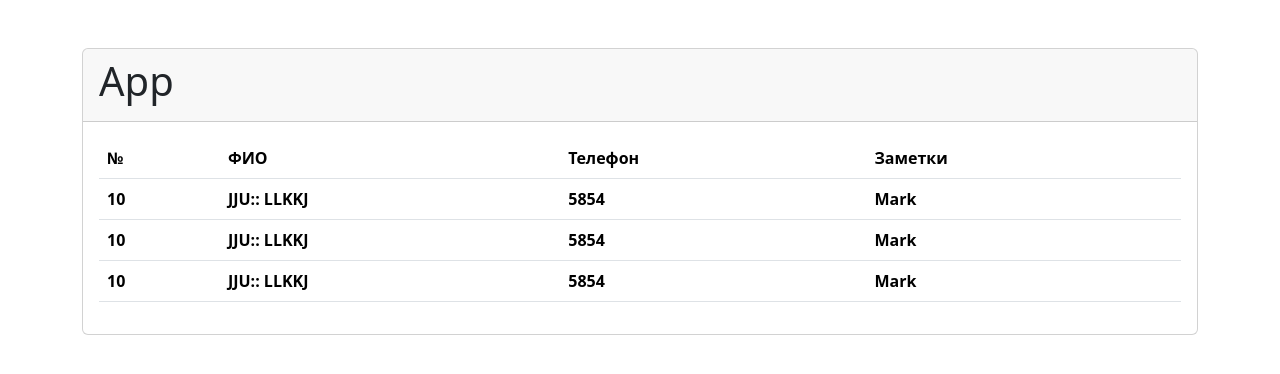
Repository: tatacheba/appstepikjavareact
Page: / (app in client/)
The author's editor kept a copy of each file at every save. The page is drawn from the files as they stood at one save, then again after the next save.
The browser window is 1280 px wide. The pictures show the whole page.
The project was rebuilt for these pictures with package versions that can differ from the ones it lists, and the page was loaded fresh each time. Also part of the build but not shown: client/src/App.css.

Above is the page before, as saved 2024-11-25 16:49:48.

After the next save:
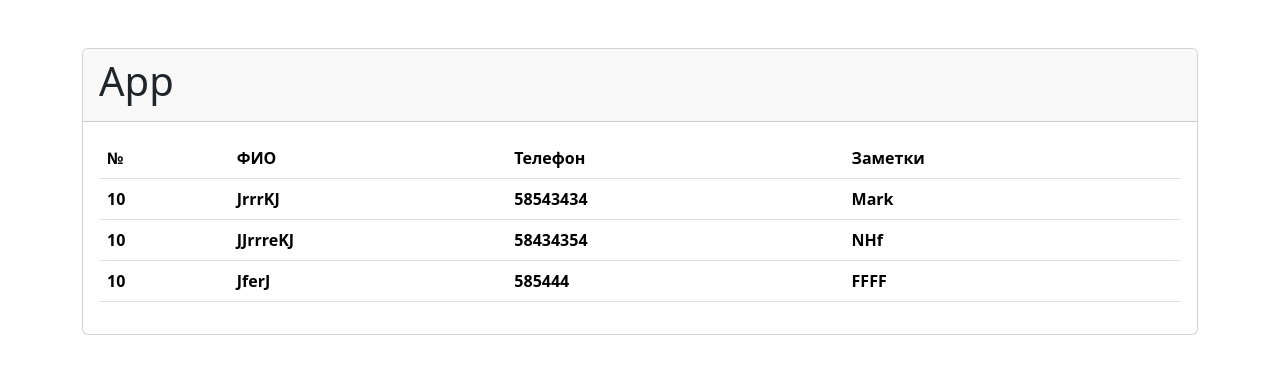
Saved 32 s later.
--- a/client/src/layouts/tableView/TablewView.js
+++ b/client/src/layouts/tableView/TablewView.js
@@ -15,21 +15,21 @@ const TablewView = () => {
             <tbody>
                 <TableRowItem
                     id={10}
-                    fullName={"JJU:: LLKKJ"}
-                    phone={5854}
+                    fullName={"JrrrKJ"}
+                    phone={58543434}
                     notes={"Mark"}
                 />
                 <TableRowItem
                     id={10}
-                    fullName={"JJU:: LLKKJ"}
-                    phone={5854}
-                    notes={"Mark"}
+                    fullName={"JJrrreKJ"}
+                    phone={58434354}
+                    notes={"NHf"}
                 />
                 <TableRowItem
                     id={10}
-                    fullName={"JJU:: LLKKJ"}
-                    phone={5854}
-                    notes={"Mark"}
+                    fullName={"JferJ"}
+                    phone={585444}
+                    notes={"FFFF"}
                 />
             </tbody>
         </table>
